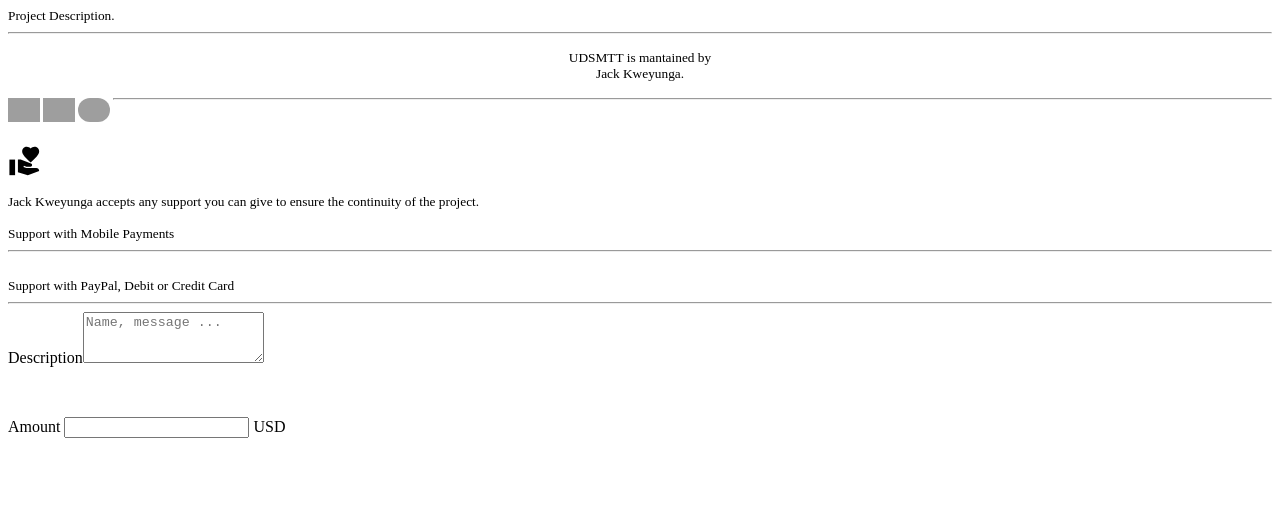
Repository: jackkweyunga/jek-mobile-timetable-v2
Page: src/modules/html/tmb-leftSN.html
These files come from the project's save history. The page is drawn as it stood at one moment and after a run of saves; the edit follows.
The browser window is 1280 px wide. The pictures show the whole page.
Pictures or frames that could not be fetched are drawn as grey boxes.

Above is the page before, as saved 2021-11-23 04:42:00.

After the next 9 saves:
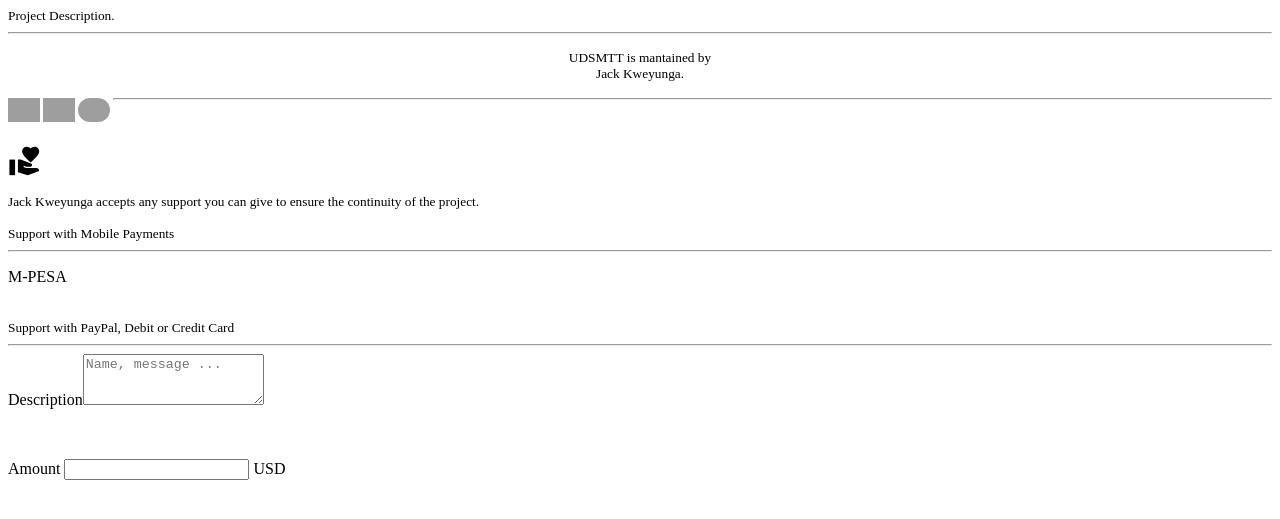
The 9 saves are shown as one change because they came seconds apart.
The last was saved 29 s later.
--- a/src/modules/html/tmb-leftSN.html
+++ b/src/modules/html/tmb-leftSN.html
@@ -54,7 +54,8 @@
 
 <small class="myFont">Support with Mobile Payments</small>
 <hr>
-
+<p></p>
+<p><span>M-PESA</span></p>
 
 <br>
 
